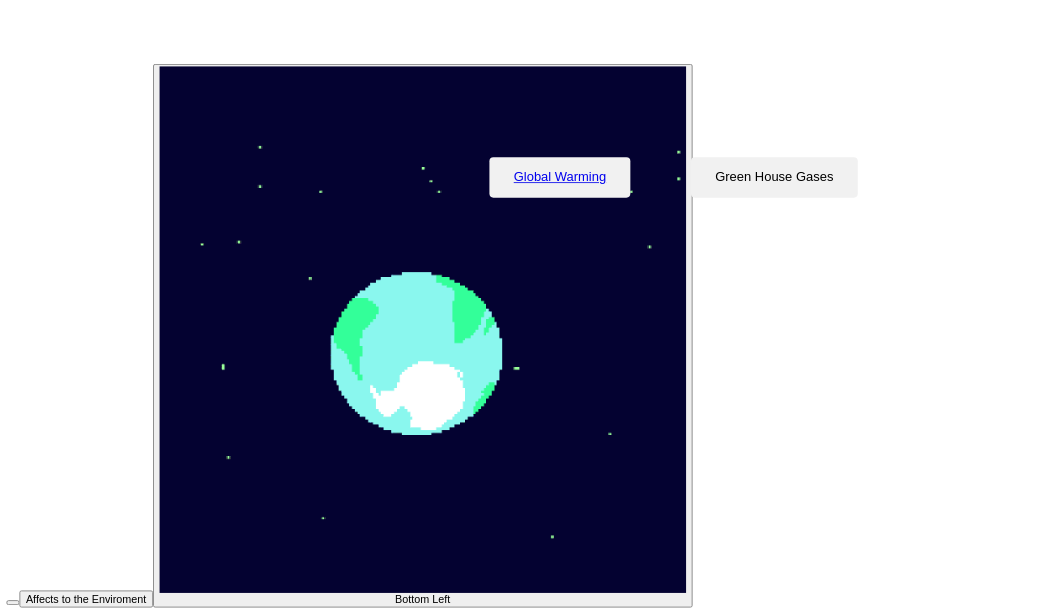
Repository: Alejandra-Pelayo/Alejandra-Pelayo.github.io
Page: 2.1.4/Example.html
The author's editor kept a record of every edit. The page is drawn from the files as they stood at one moment, then again after the next edit.
The browser window is 1280 px wide. The pictures show the whole page, at 81% of full size.

Above is the page before.

After the next edit:
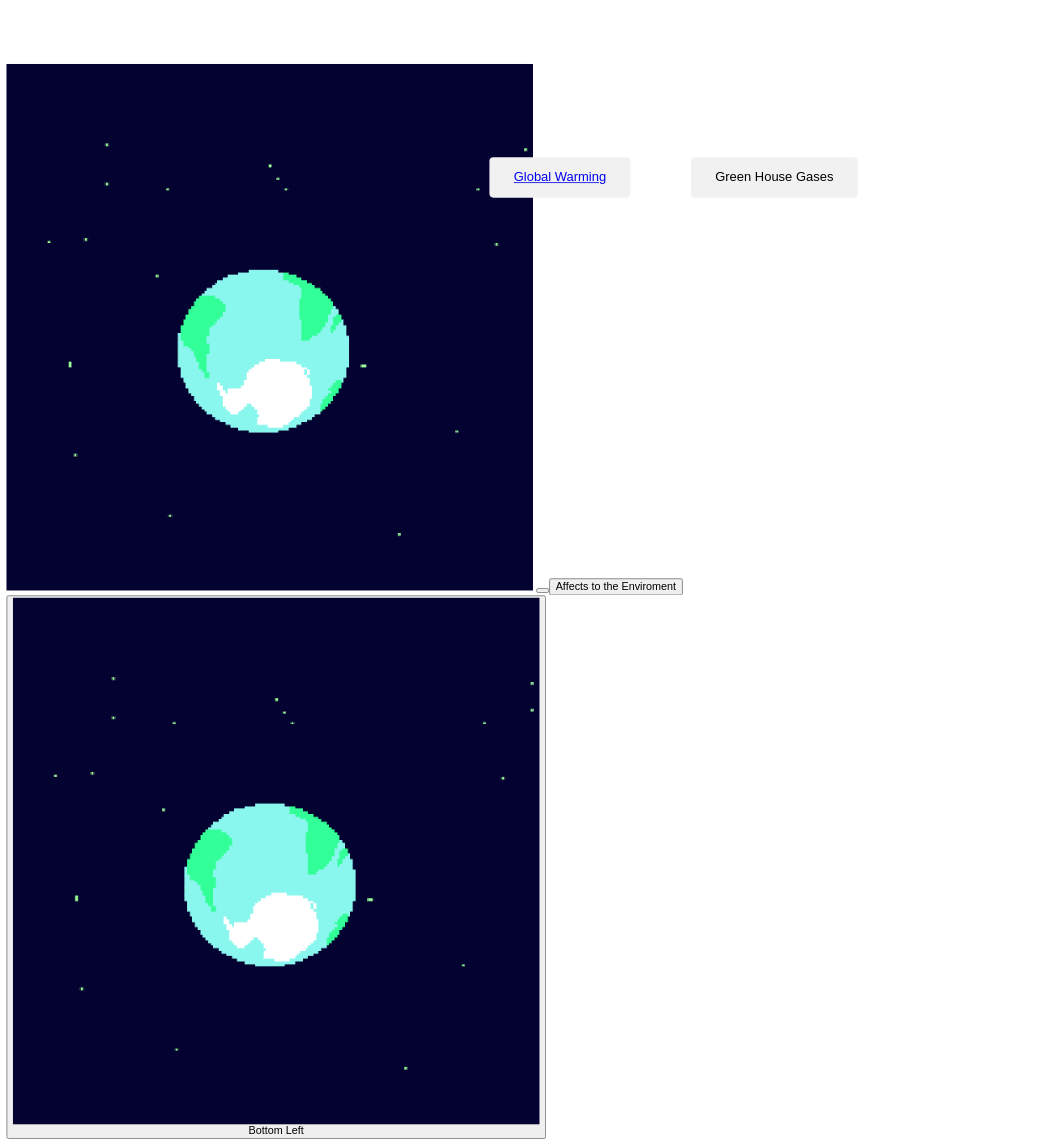
The edit:
--- a/2.1.4/Example.html
+++ b/2.1.4/Example.html
@@ -3,6 +3,7 @@
 <p><font size="20" color="white">Global Warming</font></p>
 
 
+<img src="world_gif.gif" />
 <link href="example.css" rel="stylesheet" type="text/css">
 
 <button1>
